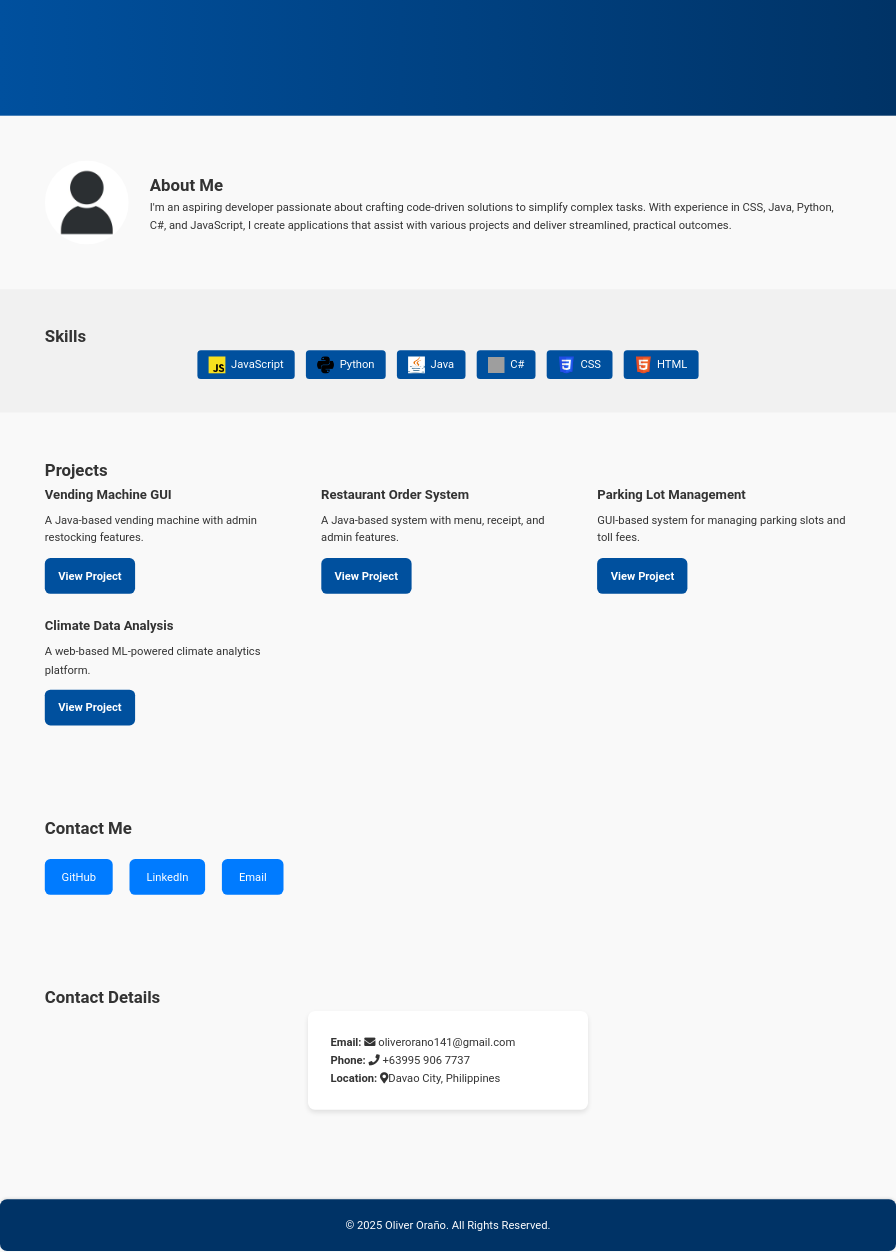
Repository: nightmar3fuel/portfolio.html
Page: my.html
An editor plug-in stored every save of this project. The page is shown before and after the next save, followed by the edit.
The browser window is 1280 px wide. The pictures show the part of the page from y = 665 to 2585 px (the page is 2453 px tall before and 2585 px after), at 70% of full size.
Pictures or frames that could not be fetched are drawn as grey boxes.

Above is the page before, as saved 2025-02-06 15:20:06.

### my.html
<!DOCTYPE html>
<html lang="en">

<head>
    <meta charset="UTF-8">
    <meta name="viewport" content="width=device-width, initial-scale=1.0">
    <title>Oliver's Portfolio</title>
    <link rel="stylesheet" href="styles.css">
    <link rel="stylesheet" href="https://cdnjs.cloudflare.com/ajax/libs/font-awesome/5.15.4/css/all.min.css">
</head>

<body>
    <header>
        <nav class="navbar">
            <div class="container">
                <h1 class="logo">Oliver's Portfolio</h1>
                <ul class="nav-links">
                    <li><a href="#about">About</a></li>
                    <li><a href="#projects">Projects</a></li>
                    <li><a href="#contact">Contact</a></li>
                </ul>
            </div>
        </nav>
    </header>

    <main>
        <section id="hero">
            <div class="hero-container">
                <h2>Hello, I'm Oliver Orano</h2>
                <p>Passionate Developer | Data Enthusiast | Problem Solver</p>
                <a href="#projects" class="cta-button">View My Work</a>
            </div>
        </section>

        <section id="about">
            <div class="container about-container">
                <img src="human.jpg" alt="Profile Picture" class="profile-pic">
                <div>
                    <h2>About Me</h2>
                    <p>I'm an aspiring developer passionate about crafting code-driven solutions to simplify complex tasks. With experience in CSS, Java, Python, C#, and JavaScript, I create applications that assist with various projects and deliver streamlined,
                        practical outcomes.</p>
                </div>
            </div>
        </section>
        <section id="skills">
            <div class="container">
                <h2>Skills</h2>
                <ul class="skills-list">
                    <li>
                        <a href="https://developer.mozilla.org/en-US/docs/Web/JavaScript" target="_blank">
                            <img src="javascript.png" alt="JavaScript Logo" class="skill-logo"> JavaScript
                        </a>
                    </li>
                    <li>
                        <a href="https://www.python.org/doc/" target="_blank">
                            <img src="python.png" alt="Python Logo" class="skill-logo"> Python
                        </a>
                    </li>
                    <li>
                        <a href="https://docs.oracle.com/javase/8/docs/api/" target="_blank">
                            <img src="java.png" alt="Java Logo" class="skill-logo"> Java
                        </a>
                    </li>
                    <li>
                        <a href="https://docs.microsoft.com/en-us/dotnet/csharp/" target="_blank">
                            <img src="c#.png" alt="C# Logo" class="skill-logo"> C#
                        </a>
                    </li>
                    <li>
                        <a href="https://www.w3schools.com/css/" target="_blank">
                            <img src="CSS.png" alt="CSS Logo" class="skill-logo"> CSS
                        </a>
                    </li>
                    <li>
                        <a href="https://www.w3schools.com/html/" target="_blank">
                            <img src="html.png" alt="HTML Logo" class="skill-logo"> HTML
                        </a>
                    </li>
                </ul>
            </div>
        </section>

        <section id="projects">
            <div class="container">
                <h2>Projects</h2>
                <div class="project-grid">
                    <div class="project-card">
                        <h3>Vending Machine GUI</h3>
                        <p>A Java-based vending machine with admin restocking features.</p>
                        <a href="#" target="_blank" class="project-link">View Project</a>
                    </div>
                    <div class="project-card">
                        <h3>Restaurant Order System</h3>
                        <p>A Java-based system with menu, receipt, and admin features.</p>
                        <a href="#" target="_blank" class="project-link">View Project</a>
                    </div>
                    <div class="project-card">
                        <h3>Parking Lot Management</h3>
                        <p>GUI-based system for managing parking slots and toll fees.</p>
                        <a href="#" target="_blank" class="project-link">View Project</a>
                    </div>
                    <div class="project-card">
                        <h3>Climate Data Analysis</h3>
                        <p>A web-based ML-powered climate analytics platform.</p>
                        <a href="#" target="_blank" class="project-link">View Project</a>
                    </div>
                </div>
            </div>
        </section>

        <section id="contact">
            <div class="container">
                <h2>Contact Me</h2>
                <div class="contact-links">
                    <a href="https://github.com/nightmar3fuel" target="_blank">GitHub</a>
                    <a href="https://linkedin.com/in/yourlinkedin" target="_blank">LinkedIn</a>
                    <a href="mailto:oliverorano141@gmail.com">Email</a>
                </div>
            </div>
        </section>
        <section id="contact-details">
            <div class="container contact-details-container">
                <h2>Contact Details</h2>
                <div class="contact-box">
                    <p><strong>Email:</strong> <i class="fas fa-envelope"></i> oliverorano141@gmail.com</p>
                    <p><strong>Phone:</strong> <i class="fas fa-phone"></i> +63995 906 7737</p>
                    <p><strong>Location:</strong> <i class="fas fa-map-marker-alt"></i>Davao City, Philippines</p>
                </div>
            </div>
        </section>
    </main>

    <footer>
        <p>&copy; 2025 Oliver Oraño. All Rights Reserved.</p>
    </footer>

</body>

</html>

### styles.css
/* General Reset */

* {
    margin: 0;
    padding: 0;
    box-sizing: border-box;
}

body {
    font-family: 'Roboto', sans-serif;
    /* Change to a more modern font */
    background-color: #f9f9f9;
    color: #333;
    line-height: 1.6;
    overflow-x: hidden;
    /* Prevent horizontal scroll */
}


/* Navbar */

.navbar {
    background-color: #003366;
    color: white;
    padding: 1rem 0;
    position: sticky;
    top: 0;
    z-index: 1000;
    box-shadow: 0 2px 4px rgba(0, 0, 0, 0.1);
    /* Add shadow */
}

.container {
    max-width: 1200px;
    margin: 0 auto;
    padding: 0 1.5rem;
}

.navbar .logo {
    font-size: 2rem;
    font-weight: bold;
}

.nav-links {
    list-style: none;
    display: flex;
    justify-content: flex-end;
}

.nav-links li {
    margin-left: 2rem;
}

.nav-links a {
    color: white;
    text-decoration: none;
    font-size: 1.1rem;
    transition: color 0.3s, transform 0.3s;
}

.nav-links a:hover {
    color: #f1c40f;
    transform: scale(1.05);
}


/* Hero Section */

#hero {
    background: linear-gradient(to right, #00509e, #003366);
    /* Gradient background */
    color: white;
    padding: 6rem 0;
    text-align: center;
    min-height: 100vh;
    /* Full viewport height */
}

.hero-container h2 {
    font-size: 3.5rem;
    margin-bottom: 0.5rem;
}

.hero-container p {
    font-size: 1.5rem;
    margin-bottom: 2rem;
}

.cta-button,
.project-link {
    background-color: #f1c40f;
    color: #003366;
    padding: 1rem 2rem;
    text-decoration: none;
    font-weight: bold;
    border-radius: 8px;
    transition: background-color 0.3s, transform 0.3s;
}

.cta-button:hover,
.project-link:hover {
    background-color: #003366;
    color: white;
    transform: scale(1.05);
}


/* Section Styling */

section {
    padding: 4rem 0;
}


/* Project Section */

.project-grid {
    display: grid;
    grid-template-columns: repeat(auto-fit, minmax(300px, 1fr));
    gap: 2rem;
}

.project-card {
    transition: transform 0.3s, box-shadow 0.3s;
}

.project-card:hover {
    transform: translateY(-5px);
    box-shadow: 0 8px 16px rgba(0, 0, 0, 0.2);
}

.project-card h3 {
    margin-bottom: 0.5rem;
}

.project-card p {
    margin-bottom: 1rem;
}

.project-link {
    text-decoration: none;
    background-color: #00509e;
    color: white;
    padding: 0.8rem 1.2rem;
    border-radius: 8px;
    display: inline-block;
    transition: background-color 0.3s, transform 0.3s;
}

.project-link:hover {
    background-color: #003366;
    transform: scale(1.05);
}


/* Contact Section */

.contact-links {
    display: flex;
    gap: 1.5rem;
    margin-top: 1.5rem;
}

.contact-links a {
    text-decoration: none;
    background-color: #007BFF;
    color: white;
    padding: 0.8rem 1.5rem;
    border-radius: 8px;
    transition: background-color 0.2s, transform 0.2s;
}

.contact-links a:hover {
    background-color: #0056b3;
    transform: scale(1.05);
}


/* Footer */

footer {
    background-color: #003366;
    color: white;
    text-align: center;
    padding: 1.5rem 0;
    margin-top: 4rem;
    border-radius: 10px;
    box-shadow: 0 -2px 4px rgba(0, 0, 0, 0.1);
    /* Add shadow */
}

.about-container {
    display: flex;
    align-items: center;
    gap: 30px;
}

.profile-pic {
    width: 120px;
    height: 120px;
    border-radius: 50%;
    object-fit: cover;
}

@media (max-width: 768px) {
    .about-container {
        flex-direction: column;
        text-align: center;
    }
    .profile-pic {
        width: 100px;
        height: 100px;
    }
}


/* Skills Section */

#skills {
    padding: 3rem 0;
    background-color: #f1f1f1;
    /* Light background for contrast */
}

.skills-list {
    list-style: none;
    display: flex;
    flex-wrap: wrap;
    gap: 1rem;
    justify-content: center;
}

.skills-list li {
    background-color: #00509e;
    /* Background color for skill items */
    color: white;
    padding: 0.5rem 1rem;
    border-radius: 5px;
    transition: background-color 0.3s;
    display: flex;
    /* Flexbox for alignment */
    align-items: center;
    /* Center items vertically */
}

.skills-list li a {
    color: white;
    /* Link color */
    text-decoration: none;
    /* Remove underline */
    display: flex;
    /* Flexbox for alignment */
    align-items: center;
    /* Center items vertically */
}

.skill-logo {
    width: 24px;
    /* Set a fixed width for logos */
    height: 24px;
    /* Set a fixed height for logos */
    margin-right: 0.5rem;
    /* Space between logo and text */
}

.skills-list li:hover {
    background-color: #003366;
    /* Darker background on hover */
}

.contact-box {
    background-color: white;
    padding: 2rem;
    border-radius: 10px;
    box-shadow: 0 4px 8px rgba(0, 0, 0, 0.1);
    margin: 0 auto;
    max-width: 400px;
    /* Limit the width of the contact box */
    transition: transform 0.3s;
    /* Add transition */
}

.contact-box:hover {
    transform: scale(1.02);
    /* Slightly scale on hover */
}

After the next save:
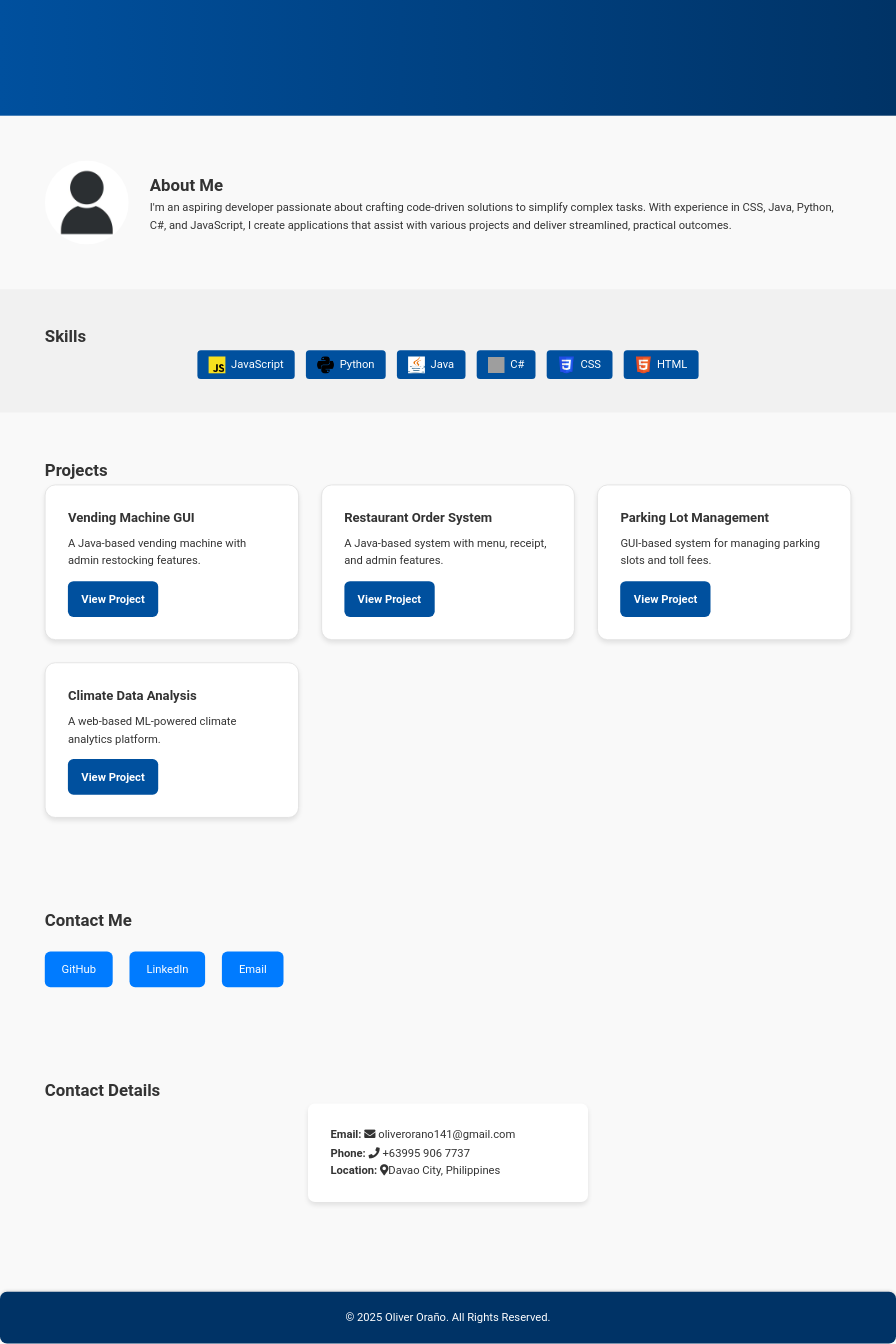
Saved 115 s later.
--- a/styles.css
+++ b/styles.css
@@ -121,6 +121,12 @@ section {
 }
 
 .project-card {
+    background: white;
+    padding: 2rem;
+    border: 1px solid #ddd;
+    border-radius: 15px;
+    /* Rounded corners */
+    box-shadow: 0 4px 8px rgba(0, 0, 0, 0.1);
     transition: transform 0.3s, box-shadow 0.3s;
 }
 
@@ -143,6 +149,7 @@ section {
     color: white;
     padding: 0.8rem 1.2rem;
     border-radius: 8px;
+    /* Rounded corners for the button */
     display: inline-block;
     transition: background-color 0.3s, transform 0.3s;
 }
